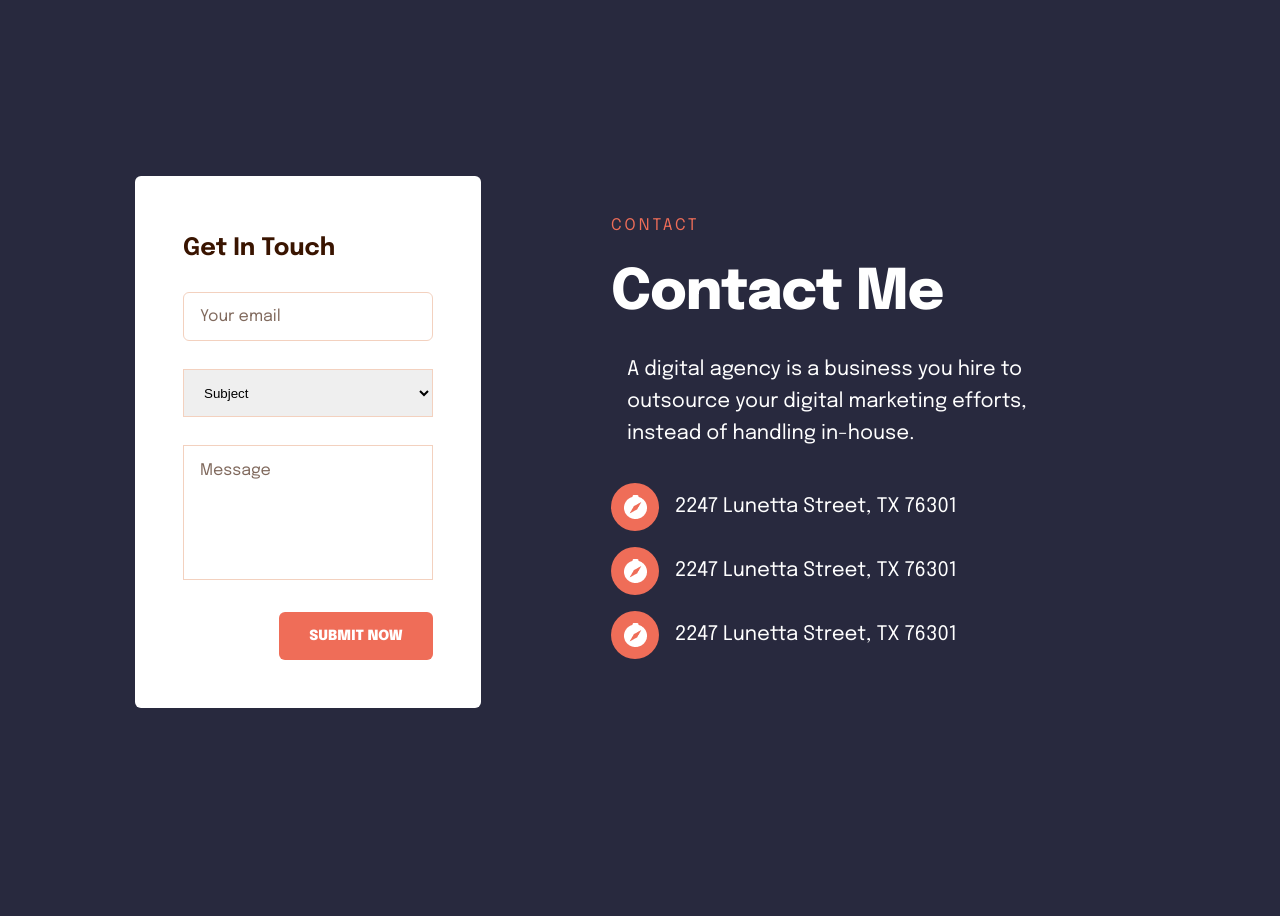
Repository: simralgasimov/contact-me
Page: index.html
The author's editor kept a copy of each file at every save. The page is drawn from the files as they stood at one save, then again after the next save.
The browser window is 1280 px wide. The pictures show the whole page.

Above is the page before, as saved 2023-10-04 13:44:22.

### index.html
<!DOCTYPE html>
<html lang="en">
  <head>
    <meta charset="UTF-8" />
    <meta name="viewport" content="width=device-width, initial-scale=1.0" />
    <title>Document</title>
    <link rel="stylesheet" href="./index.css" />
  </head>
  <body>
    <div class="container">
        <form action="">
          <p>Get In Touch</p>
          <label for="">
            <input type="email" placeholder="Your email" />
          </label>

          <label for="subject">
            <select name="" id="subject">
              <option value="subject">Subject</option>
              <option value="subject">Subject</option>
              <option value="subject">Subject</option>
            </select>
          </label>

          <label for="">
            <textarea name=""  placeholder="Message" id=""></textarea>
            <!-- <input type="textarea" name="" id="" /> -->
          </label>
          <button>Submit Now</button>
        </form>


      <div class="contact-me">
        <h1>Contact</h1>
        <h2>Contact Me</h2>
        <p>
          A digital agency is a business you hire to outsource your digital
          marketing efforts, instead of handling in-house.
        </p>
        <ul>
          <li>
            <div class="cirycle">
              <img src="./img/Shape.png" alt="" />
            </div>
            <p>2247 Lunetta Street, TX 76301</p>

          </li>
          <li>
            <div class="cirycle">
              <img src="./img/Shape.png" alt="" />
            </div>
            <p>2247 Lunetta Street, TX 76301</p>

          </li>
          <li>
            <div class="cirycle">
              <img src="./img/Shape.png" alt="" />
            </div>
            <p>2247 Lunetta Street, TX 76301</p>

          </li>
        </ul>

      </div>
    </div>
  </body>
</html>

### index.css
@import url("https://fonts.googleapis.com/css2?family=Epilogue:wght@400;700;800;900&display=swap");
* {
  margin: 0;
  padding: 0;
  box-sizing: border-box;
}

.container {
  padding: 176px 135px 208px 135px;
  background: #28293e;
  display: flex;
  align-items: center;
  /* justify-content: space-between; */
}

.container form p {
  margin-bottom: 27px;
  color: var(--Text_Dark, #391400);
  font-feature-settings: "clig" off, "liga" off;

  font-family: Epilogue;
  font-size: 24px;
  font-style: normal;
  font-weight: 700;
  line-height: 32px;
}

.container form {
  width: 570px;
  margin-right: 130px;
  padding: 57px 48px 48px 48px;
  border-radius: 6px;
  background: #fff;
}

.container input {
  padding: 16px;
  border-radius: 6px;
  border: 1px solid #f3d1bf;
  background: #fff;
}
.container input::placeholder,
.container textarea::placeholder {
  color: var(--Text_Dark_Gray, rgba(57, 20, 0, 0.64));
  font-feature-settings: "clig" off, "liga" off;
  font-family: Epilogue;
  font-size: 16px;
  font-style: normal;
  font-weight: 400;
  line-height: 32px;
}

.container form label {
  display: block;
  margin-bottom: 28px;
}

.container input,
.container textarea,
.container select {
  width: 100%;
  border: 1px solid #f3d1bf;
}
.container input [type="email"] {
  height: 48px;
}

.container select {
  height: 48px;
  padding: 0 16px;
}

.container textarea {
  height: 135px;
  padding: 9px 16px;
  resize: none;
}

.container form button {
  width: 154px;
  height: 48px;
  border-radius: 6px;
  background: #ef6d58;
  border: none;
  float: right;

  text-decoration: none;
  color: #fff;
  text-align: center;
  font-family: Epilogue;
  font-size: 14px;
  font-style: normal;
  font-weight: 900;
  line-height: normal;
  text-transform: uppercase;
}



.container .contact-me h1 {
  margin-bottom: 20px;
  width: 86px;
  color: var(--Text_Light_Accent, #ef6d58);
  font-feature-settings: "clig" off, "liga" off;
  font-family: Epilogue;
  font-size: 16px;
  font-style: normal;
  font-weight: 400;
  line-height: 32px;
  letter-spacing: 3px;
  text-transform: uppercase;
}

.container .contact-me h2 {
  margin-bottom: 28px;
  width: 334px;
  color: var(--Text_Light, #fff);
  font-feature-settings: "clig" off, "liga" off;
  font-family: Epilogue;
  font-size: 56px;
  font-style: normal;
  font-weight: 800;
  line-height: 64px;
  letter-spacing: -1px;
}

.container .contact-me p {
  /* margin-bottom: 33px; */
  width: 470px;
  color: var(--Text_Light_Gray, rgba(255, 255, 255, 0.64));
  font-feature-settings: "clig" off, "liga" off;

  font-family: Epilogue;
  font-size: 16px;
  font-style: normal;
  font-weight: 400;
  line-height: 32px;
}

.container .contact-me .cirycle {
  /* position: relative; */
  width: 48px;
  height: 48px;
  background-color: #ef6d58;
  border-radius: 50%;
  display: flex;
  justify-content: center;
  align-items: center;
}


.container .contact-me  p {
  /* display: flex;
  justify-content: center;
  align-items: center;
  align-content: center; */
  /* margin-left: 90px; */

  /* width: 283px; */
  margin-left: 16px;
  color: var(--Text_Light, #fff);
  font-feature-settings: "clig" off, "liga" off;

  font-family: Epilogue;
  font-size: 20px;
  font-style: normal;
  font-weight: 400;
  line-height: 32px;
}
.container ul{
  margin-top: 33px;
}
.container ul li{
  margin-bottom: 16px;
  list-style-type: none;
  display: flex;
  align-items: center;
}

After the next save:
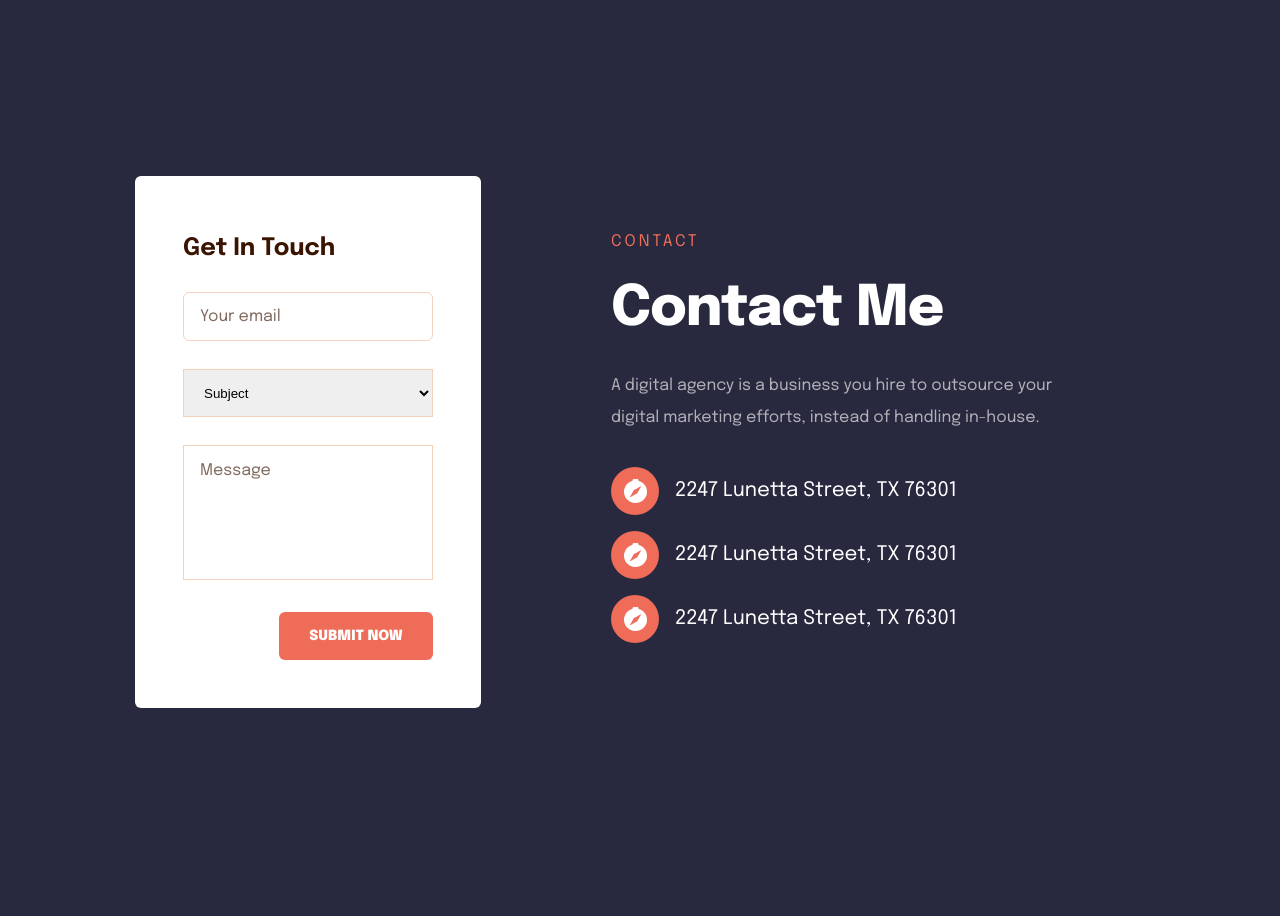
Saved 40 s later.
--- a/index.css
+++ b/index.css
@@ -149,7 +149,7 @@
 }
 
 
-.container .contact-me  p {
+.container .contact-me li  p {
   /* display: flex;
   justify-content: center;
   align-items: center;
